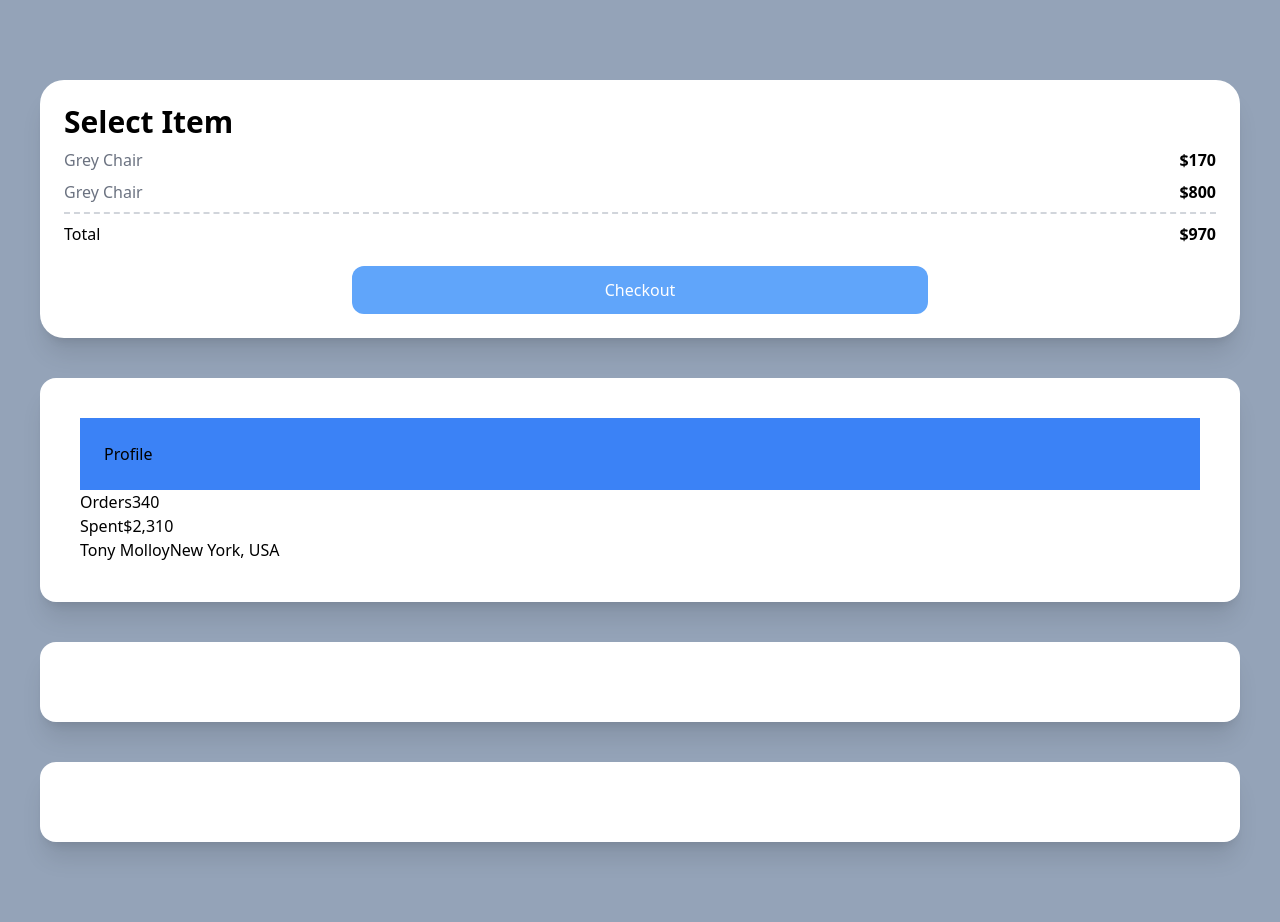
Repository: pjk0007/nextjs-carrot-marcket
Page: /
These files come from the project's save history. The page is drawn as it stood at one moment and after the next save; the edit follows.
The browser window is 1280 px wide. The pictures show the whole page.
The project was rebuilt for these pictures with package versions that can differ from the ones it lists, and the page was loaded fresh each time. The framework's server and built-in components were replaced by stand-ins that run in the browser. Also part of the build but not shown: next.config.js.

Above is the page before, as saved 2022-04-30 13:08:52.

After the next save:
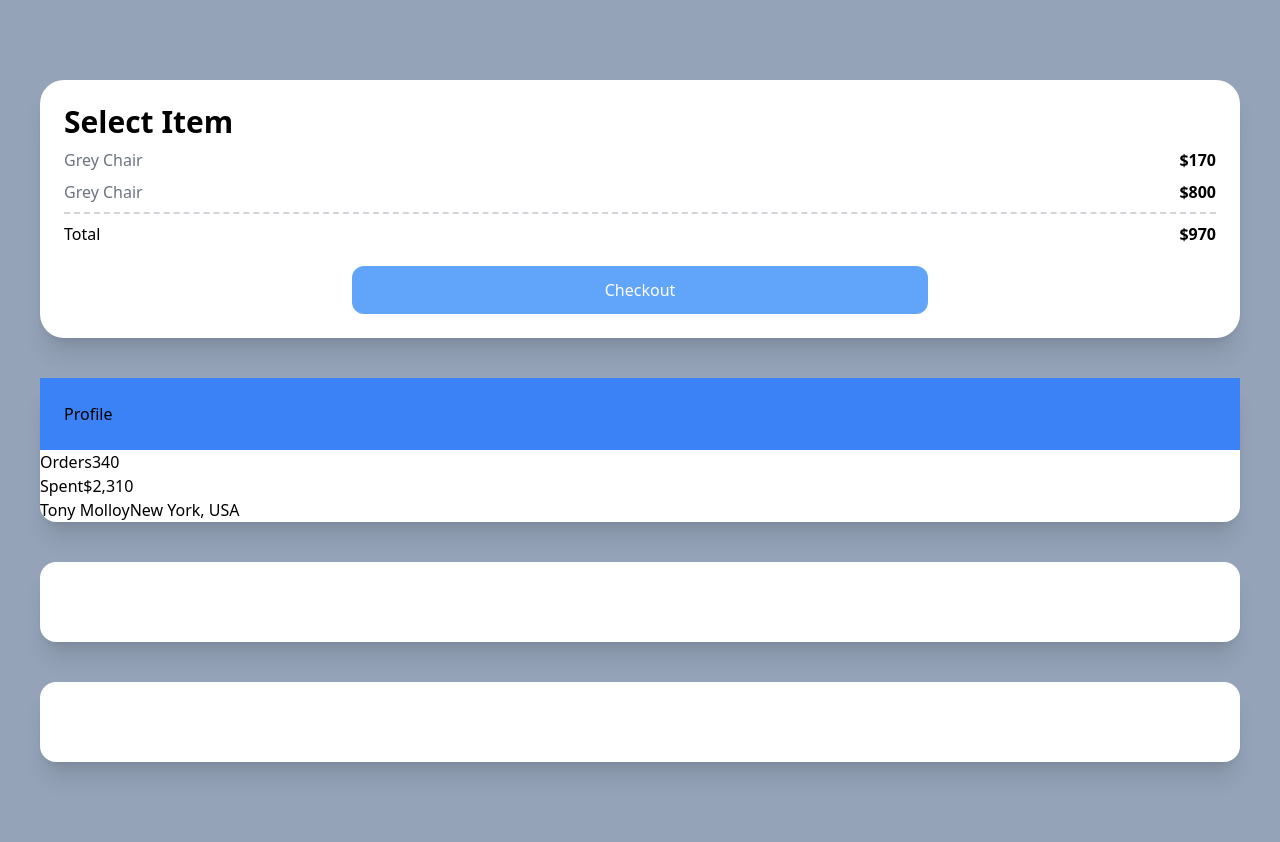
Saved 15 s later.
--- a/pages/index.tsx
+++ b/pages/index.tsx
@@ -18,7 +18,7 @@ const Home: NextPage = () => {
         </div>
         <div className='mt-5 bg-blue-400 text-white p-3 text-center rounded-xl w-1/2 mx-auto'>Checkout</div>
       </div>
-      <div className='bg-white p-10 rounded-2xl shadow-xl'>
+      <div className='bg-white rounded-2xl shadow-xl'>
         <div className='bg-blue-500 p-6'>
           <span>Profile</span>
         </div>
